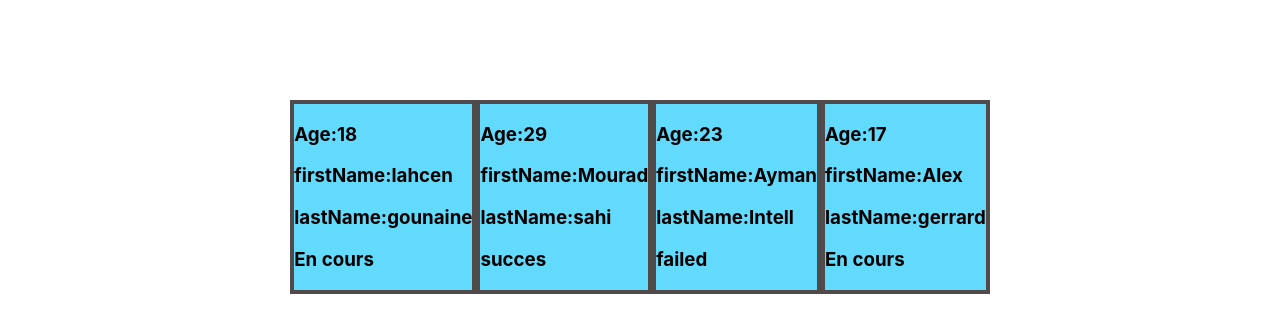
Repository: gounaine/Add_candidat
Page: /
These files come from the project's save history. The page is drawn as it stood at one moment and after the next save; the edit follows.
The browser window is 1280 px wide. The pictures show the whole page.
The project was rebuilt for these pictures with package versions that can differ from the ones it lists, and the page was loaded fresh each time.

Above is the page before, as saved 2024-05-26 19:46:01.

After the next save:
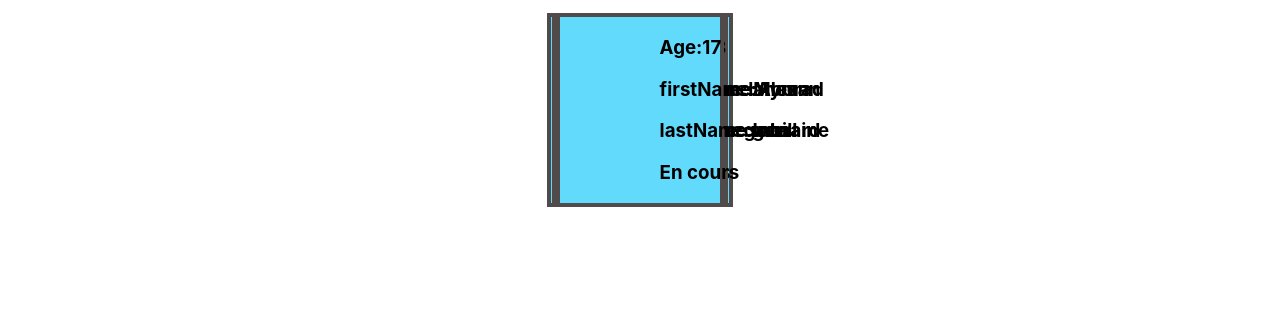
Saved 54 s later.
--- a/src/App.css
+++ b/src/App.css
@@ -40,6 +40,11 @@
 .Card{
   background-color:#61dafb;
   border: 4px solid rgb(81, 74, 74);
+  position: absolute;
+}
+h3{
+  position: relative;
+  left:100px;
 }
 
 
